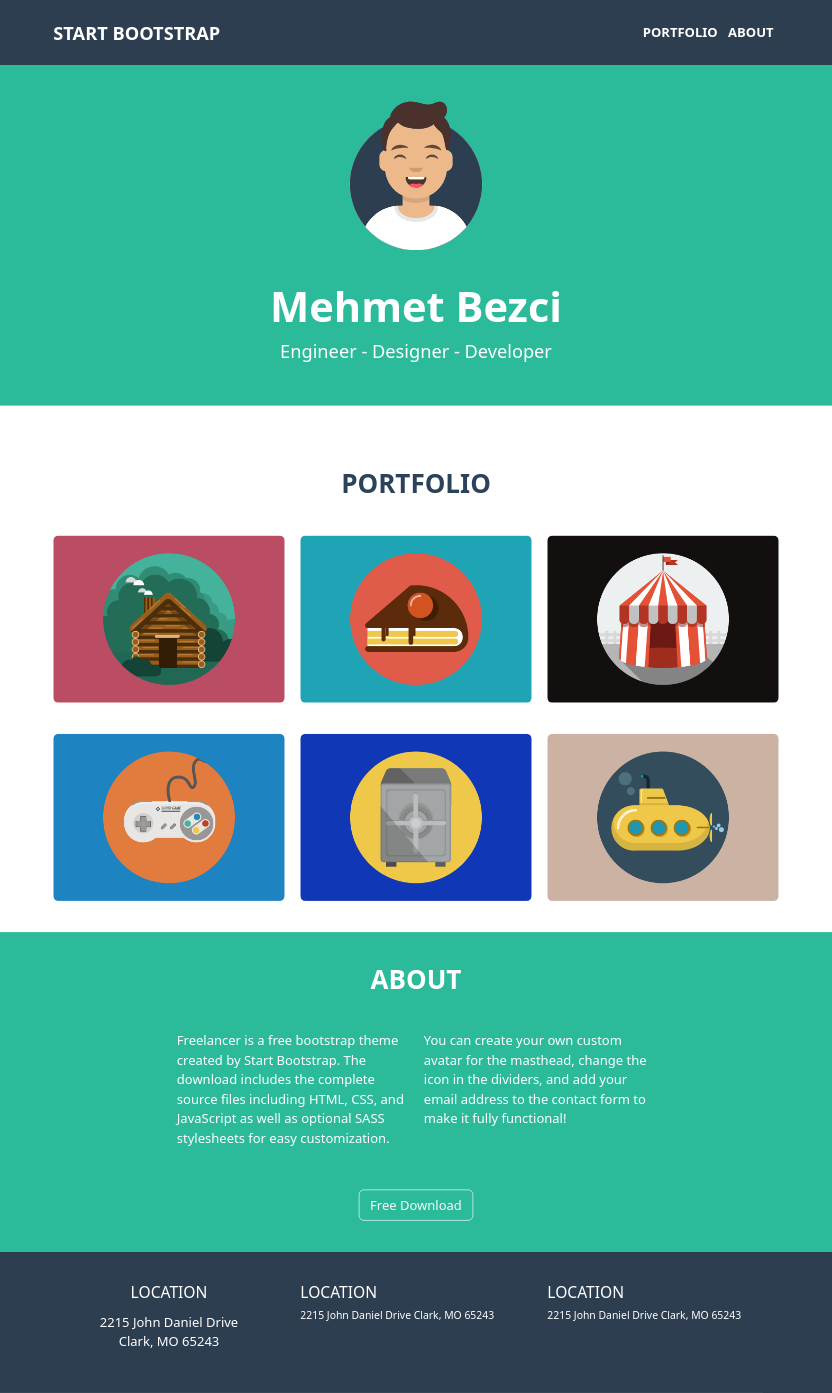
Repository: 7JaxeN7/WT-1255P-Mehmet_BEZC-
Page: index.html
An editor plug-in stored every save of this project. The page is shown before and after the next save, followed by the edit.
The browser window is 1280 px wide. The pictures show the whole page, at 65% of full size.

Above is the page before, as saved 2025-01-07 00:41:51.

After the next save:
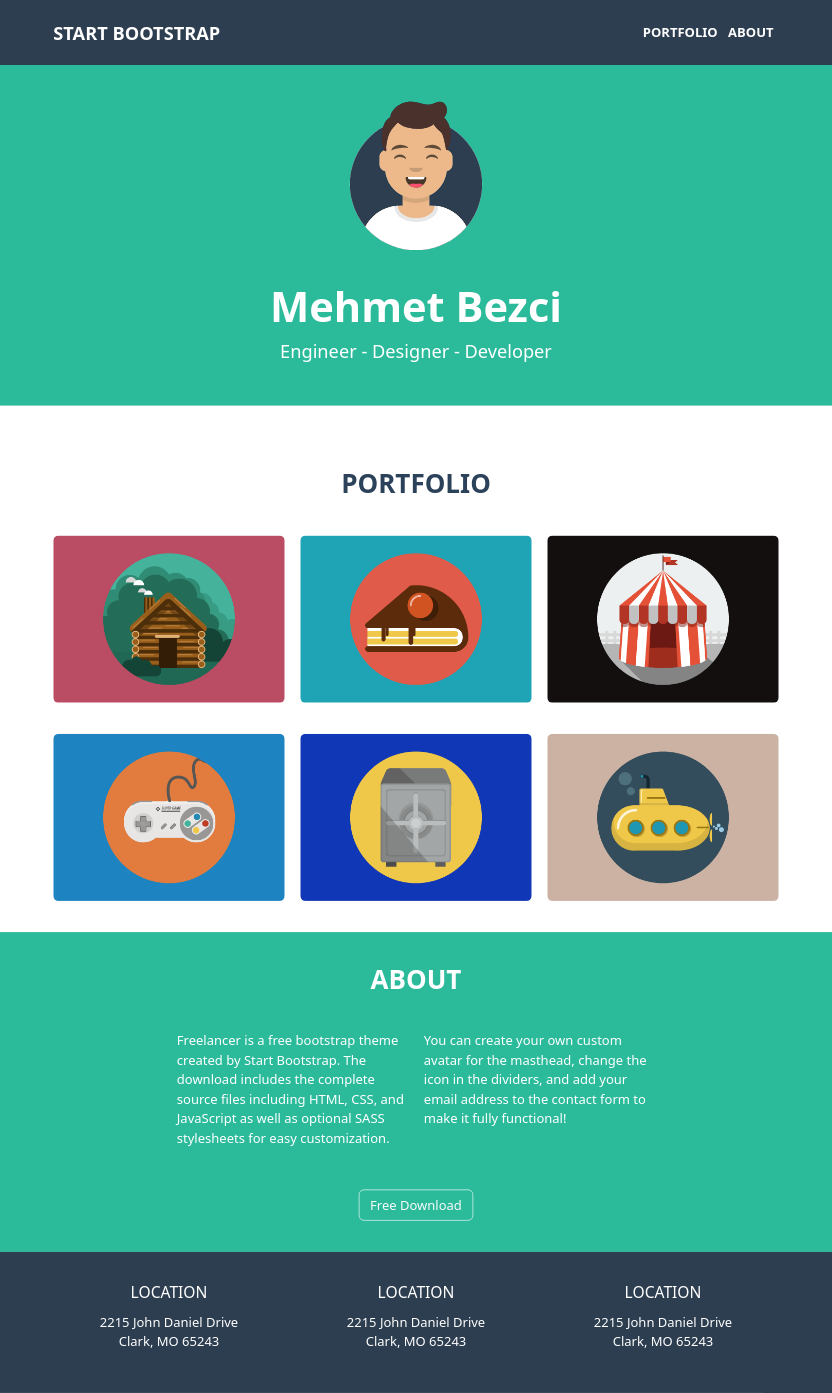
Saved 26 s later.
--- a/index.html
+++ b/index.html
@@ -102,16 +102,16 @@
               Clark, MO 65243
             </p>
           </div>
-          <div class="col-lg-4">
-            <h5 class="fs-4 text-white">LOCATION</h5>
-            <p class="text-white">
+          <div class="col-lg-4 text-center px-3">
+            <h5 class="fs-4 text-white mb-3">LOCATION</h5>
+            <p class="text-white fs-5 px-5">
               2215 John Daniel Drive
               Clark, MO 65243
             </p>
           </div>
-          <div class="col-lg-4">
-            <h5 class="fs-4 text-white">LOCATION</h5>
-            <p class="text-white">
+          <div class="col-lg-4 text-center px-3">
+            <h5 class="fs-4 text-white mb-3">LOCATION</h5>
+            <p class="text-white fs-5 px-5">
               2215 John Daniel Drive
               Clark, MO 65243
             </p>
